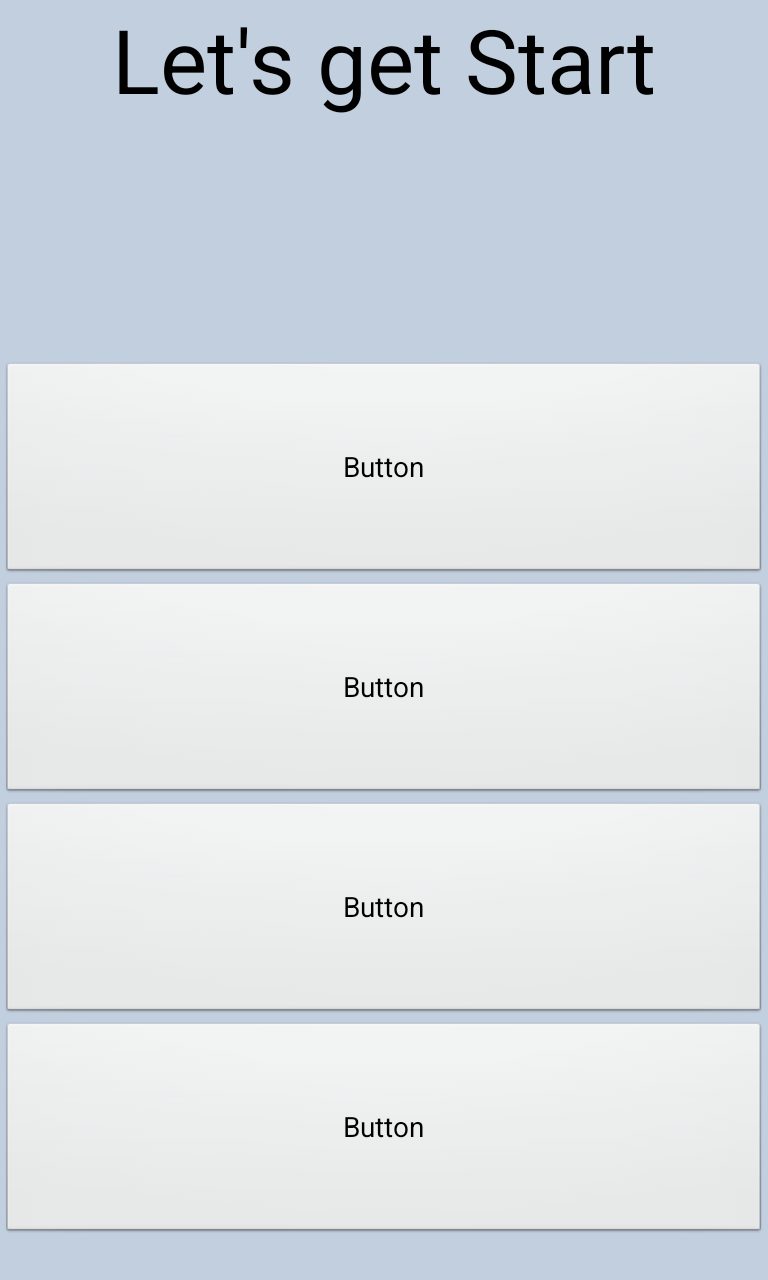
Repository: parinya1968/My-project
Layout: DroidWork/getBig/res/layout/profilemenu.xml
These files come from the project's save history. The layout is drawn as it stood at one moment and after the next save; the edit follows.
It is drawn on a 768 x 1280 px phone screen (xhdpi) without system bars, with theme android:Theme.NoTitleBar.Fullscreen; the app's code is not run.

Above is the layout before, as saved 2012-06-20 03:58:42.

### DroidWork/getBig/res/layout/profilemenu.xml
<?xml version="1.0" encoding="utf-8"?>
<LinearLayout xmlns:android="http://schemas.android.com/apk/res/android"
    android:layout_width="fill_parent"
    android:layout_height="fill_parent"
    android:background="#C2CFDF"
    android:orientation="vertical" >


    <TextView
        android:layout_width="wrap_content"
        android:layout_height="wrap_content"
        android:layout_gravity="center_horizontal"
        android:layout_weight="0.19"
        android:text="Let&apos;s get Start"
        android:textColor="#000000"
        android:textSize="20pt" />



    <LinearLayout
        android:layout_width="match_parent"
        android:layout_height="wrap_content"
        android:layout_weight="0.32"
        android:orientation="vertical" >

        <Button
            android:id="@+id/groups_profile_create"
            android:layout_width="match_parent"
            android:layout_height="110dp"
            android:background="@android:color/transparent"
            android:drawabletOP="@drawable/createprofile" />

        <Button
            android:id="@+id/groups_profile_update"
            android:layout_width="match_parent"
            android:layout_height="110dp"
            android:text="Button" />

        <Button
            android:id="@+id/groups_profile_viewP"
            android:layout_width="match_parent"
            android:layout_height="110dp"
            android:text="Button" />

        <Button
            android:id="@+id/groups_profile_delete"
            android:layout_width="match_parent"
            android:layout_height="110dp"
            android:text="Button" />

        <Button
            android:id="@+id/groups_profile_viewR"
            android:layout_width="match_parent"
            android:layout_height="110dp"
            android:text="Button" />

    </LinearLayout>

</LinearLayout>

After the next save:
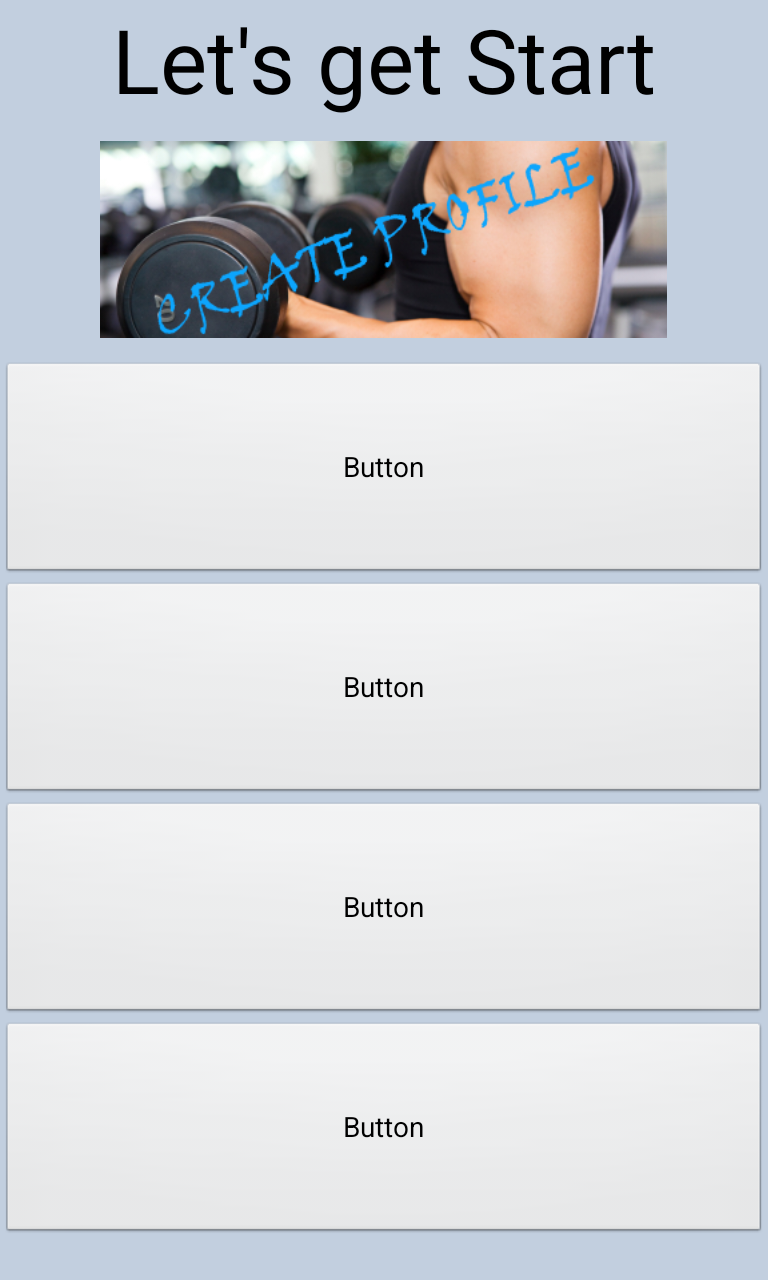
Saved 8 s later.
--- a/DroidWork/getBig/res/layout/profilemenu.xml
+++ b/DroidWork/getBig/res/layout/profilemenu.xml
@@ -28,7 +28,7 @@
             android:layout_width="match_parent"
             android:layout_height="110dp"
             android:background="@android:color/transparent"
-            android:drawabletOP="@drawable/createprofile" />
+            android:drawableTop="@drawable/createprofile" />
 
         <Button
             android:id="@+id/groups_profile_update"
